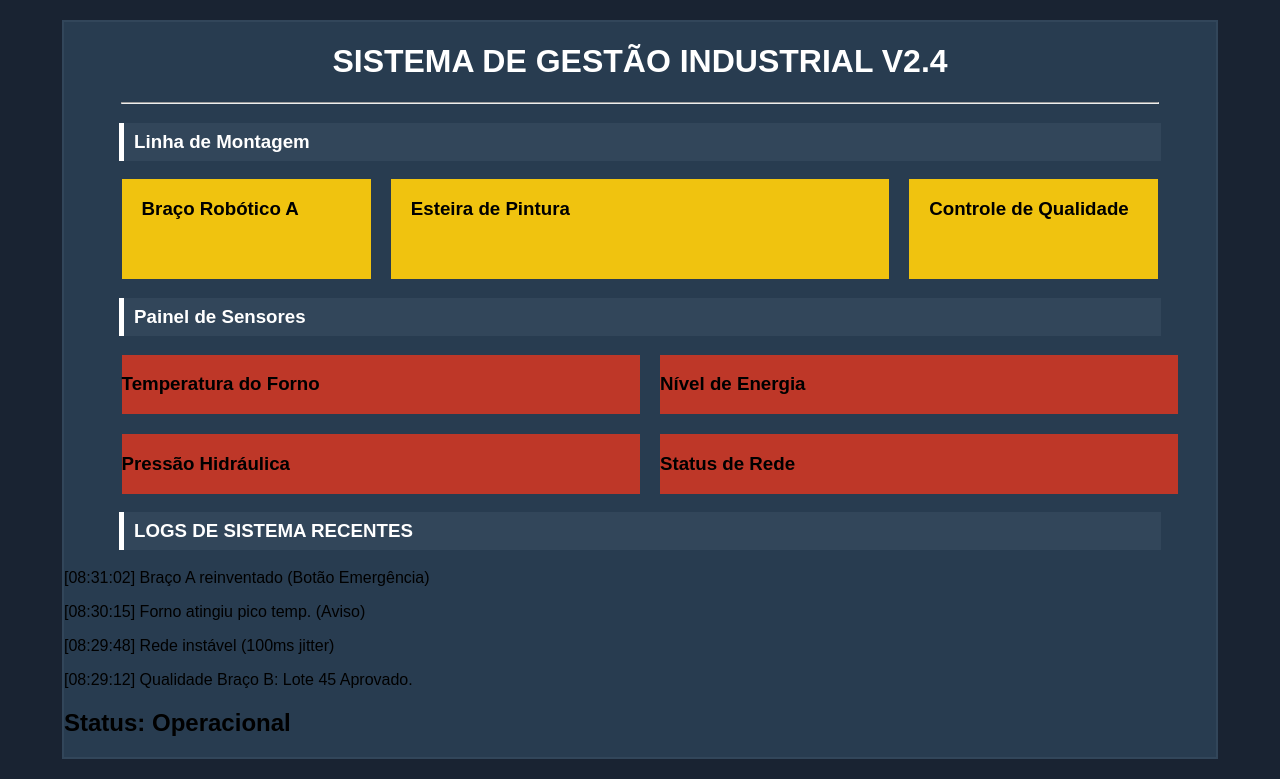
Repository: DanielEDapper/Front-WEG
Page: ProfeIgor/Aula5 - Dashboard Industrial/index.html
These files come from the project's save history. The page is drawn as it stood at one moment and after a run of saves; the edit follows.
The browser window is 1280 px wide. The pictures show the whole page.
Some icons come from a web library that is not loaded, so they are not drawn.

Above is the page before, as saved 2026-05-29 19:56:12.

### ProfeIgor/Aula5 - Dashboard Industrial/index.html
<!DOCTYPE html>
<html lang="en">
<head>
    <meta charset="UTF-8">
    <meta name="viewport" content="width=device-width, initial-scale=1.0">
    <link rel="stylesheet" href="style.css">
    <link rel='stylesheet' href='https://cdn-uicons.flaticon.com/4.0.0/uicons-bold-straight/css/uicons-bold-straight.css'>
    <title>Sistema de gestão Industrial</title>
</head>
<body>
    <div id="wrapper">
        <div id="header">
            <h1>SISTEMA DE GESTÃO INDUSTRIAL V2.4</h1>
        </div>
        <hr>
        <div id="main">
            <div class="container-main">

                <div class="titulo-sessao">
                    <h3>Linha de Montagem</h3>
                </div>
                <div class="container-montagem">
                    <div class="card">
                        <h3>Braço Robótico A</h3>
                        <i class="fi fi-bs-thumbtack"></i>
                    </div>
                    <div class="card">
                        <h3>Esteira de Pintura</h3>
                        <i class="fi fi-bs-arrow-right"></i>
                    </div>
                    <div class="card">
                        <h3>Controle de Qualidade</h3>
                        <i class="fi fi-bs-medal"></i>
                    </div>
                </div>


                <div class="titulo-sessao">
                    <h3>Painel de Sensores</h3>
                </div>
                <div class="container-sensores">
                    <div class="card-sensores">
                        <h3>Temperatura do Forno</h3>
                        <i class="fi fi-bs-temperature-high"></i>
                    </div>
                    <div class="card-sensores">
                        <h3>Nível de Energia</h3>
                        <i class="fi fi-bs-battery-half"></i>
                    </div>
                    <div class="card-sensores">
                        <h3>Pressão Hidráulica</h3>
                        <i class="fi fi-bs-dashboard"></i>
                    </div>
                    <div class="card-sensores">
                        <h3>Status de Rede</h3>
                        <i class="fi fi-bs-workflow-setting-alt"></i>
                    </div>
                </div>


                <div class="titulo-sessao">
                    <h3>LOGS DE SISTEMA RECENTES</h3>
                </div>
                <div class="container-logs">
                    <p>[08:31:02] Braço A reinventado (Botão Emergência)</p>
                    <p>[08:30:15] Forno atingiu pico temp. (Aviso)<p>
                    <p>[08:29:48] Rede instável (100ms jitter)</p>
                    <p>[08:29:12] Qualidade Braço B: Lote 45 Aprovado.</p>
                </div>
            </div>
        </div>
        <div id="footer">
            <h2>Status: Operacional</h2>
        </div>
    </div>
</body>
</html>

### ProfeIgor/Aula5 - Dashboard Industrial/style.css
:root{
    --bg-dark: #192332;
    --bg-main: #283C50;
    --bg-panel: #32465A;

    --warning: #F0C30F;
    --danger: #BE3728;
    --success: #2ECC71;

    --log-bg: #D2E6F5;

    --text: #FFFFFF;
    --text-secondary: #99A3AB;

    --accent-blue: #638CAB;
}

body{
    margin: 0;
    padding: 0;
    background-color: var(--bg-dark);
}

#wrapper{
    font-family: Arial, Helvetica, sans-serif;
    height: 90%;
    width: 90%;
    background-color: var(--bg-main);
    border: 2px solid var(--bg-panel);
    margin: 20px;
    justify-self: center;
}

#header{
    color: var(--text);
    text-align: center;
}

hr{
    width: 90%;
    font-weight: 400;
}

.titulo-sessao{
    background-color: var(--bg-panel);
    color: var(--text);
    width: 90%;
    justify-self: center;
    border-left: 5px solid var(--text);
}

.titulo-sessao h3{
    padding: 8px 0px 8px 10px;
}

.container-montagem{
    display: flex;
    width: 90%;
    justify-self: center;
    flex-basis: 400;
    height: 100px;
    justify-content: space-around;
    gap: 20px;
}

.card{
    background-color: var(--warning);
}

.card h3{
    padding: 0px 0px 0px 20px;
}

.card i{
    display: flex;
    justify-self: center;
}

.card:nth-child(1){
    width: 25%;
}

.card:nth-child(2){
    width: 50%;
}

.card:nth-child(2) i{
    display: flex;
    padding: 0px 20px 0px 0px;
    justify-self: end;
}

.card:nth-child(3){
    width: 25%;
}

.container-sensores{
    width: 90%;
    display: grid;
    grid-template-columns: 50% 50%;
    gap: 20px;
    justify-self: center;
}

.card-sensores{
    background-color: var(--danger);
}

After the next 2 saves:
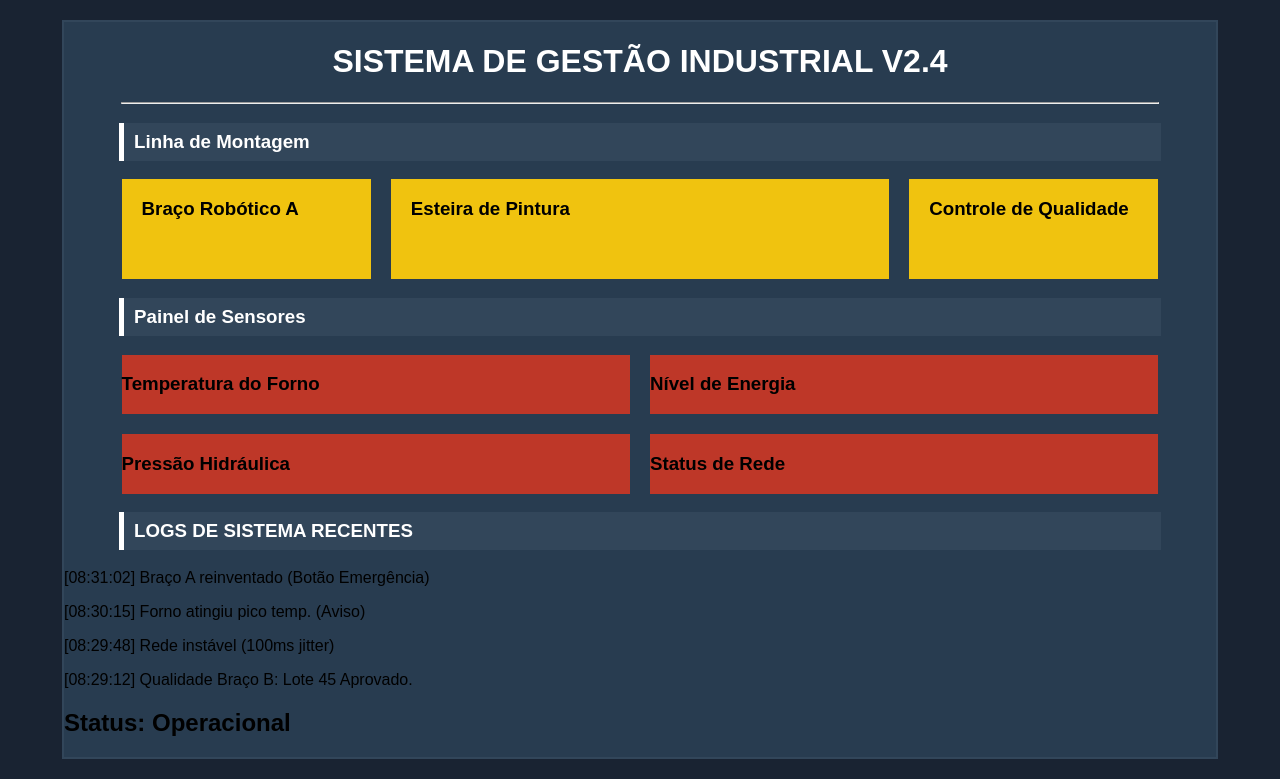
The 2 saves are shown as one change because they came seconds apart.
The last was saved 16 s later.
--- a/ProfeIgor/Aula5 - Dashboard Industrial/style.css
+++ b/ProfeIgor/Aula5 - Dashboard Industrial/style.css
@@ -97,7 +97,7 @@ hr{
 .container-sensores{
     width: 90%;
     display: grid;
-    grid-template-columns: 50% 50%;
+    grid-template-columns: 1fr 1fr;
     gap: 20px;
     justify-self: center;
 }
